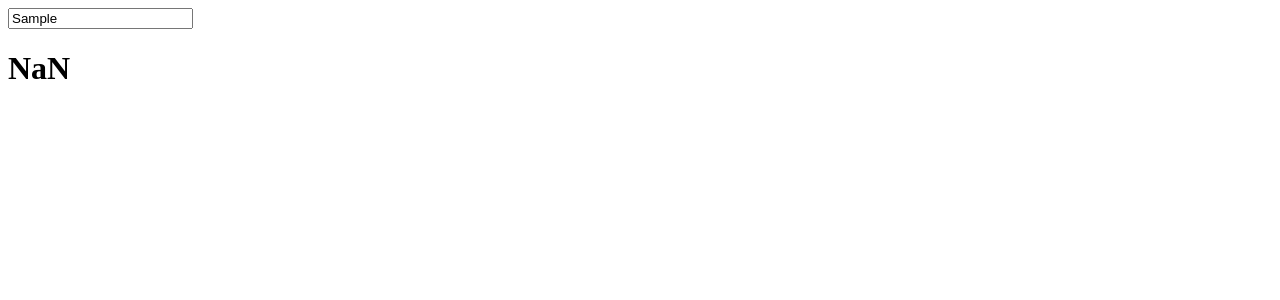
Repository: brunovcosta/IME
Page: labProgII/VF/web/empregadaCalculatorWeb/WebContent/index.html
The author's editor kept a copy of each file at every save. The page is drawn from the files as they stood at one save, then again after the next save.
The browser window is 1280 px wide. The pictures show the whole page.
Empty fields were first filled with sample values (such as "Sample", 5 or name@example.com).
After loading, the first visible `input` was changed once.
Some web libraries are served in a nearby version.

Above is the page before, as saved 2016-12-16 12:03:42.

After the next save:
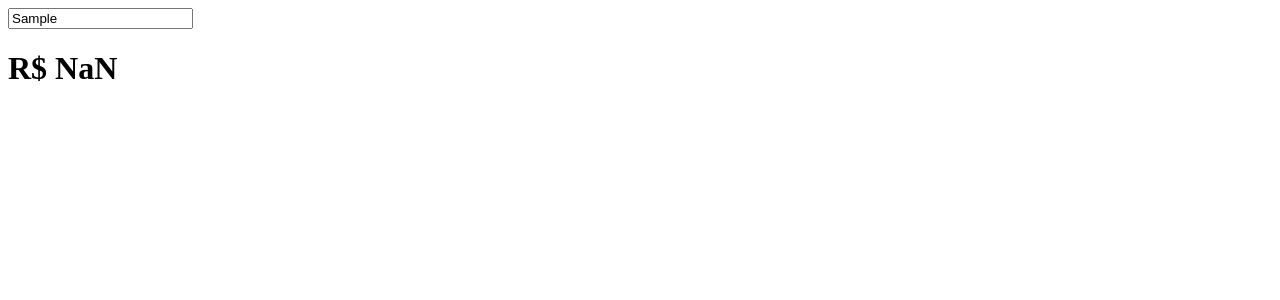
Saved 6 s later.
--- a/labProgII/VF/web/empregadaCalculatorWeb/WebContent/index.html
+++ b/labProgII/VF/web/empregadaCalculatorWeb/WebContent/index.html
@@ -11,7 +11,7 @@
 <script>
 	$("input").keyup(function(e){
 		$.get("conta.jsp",{liquido: e.target.value},function(v){
-			$("h1").html((+v).toFixed(2));
+			$("h1").html("R$ "+(+v).toFixed(2));
 		})
 	})
 </script>
